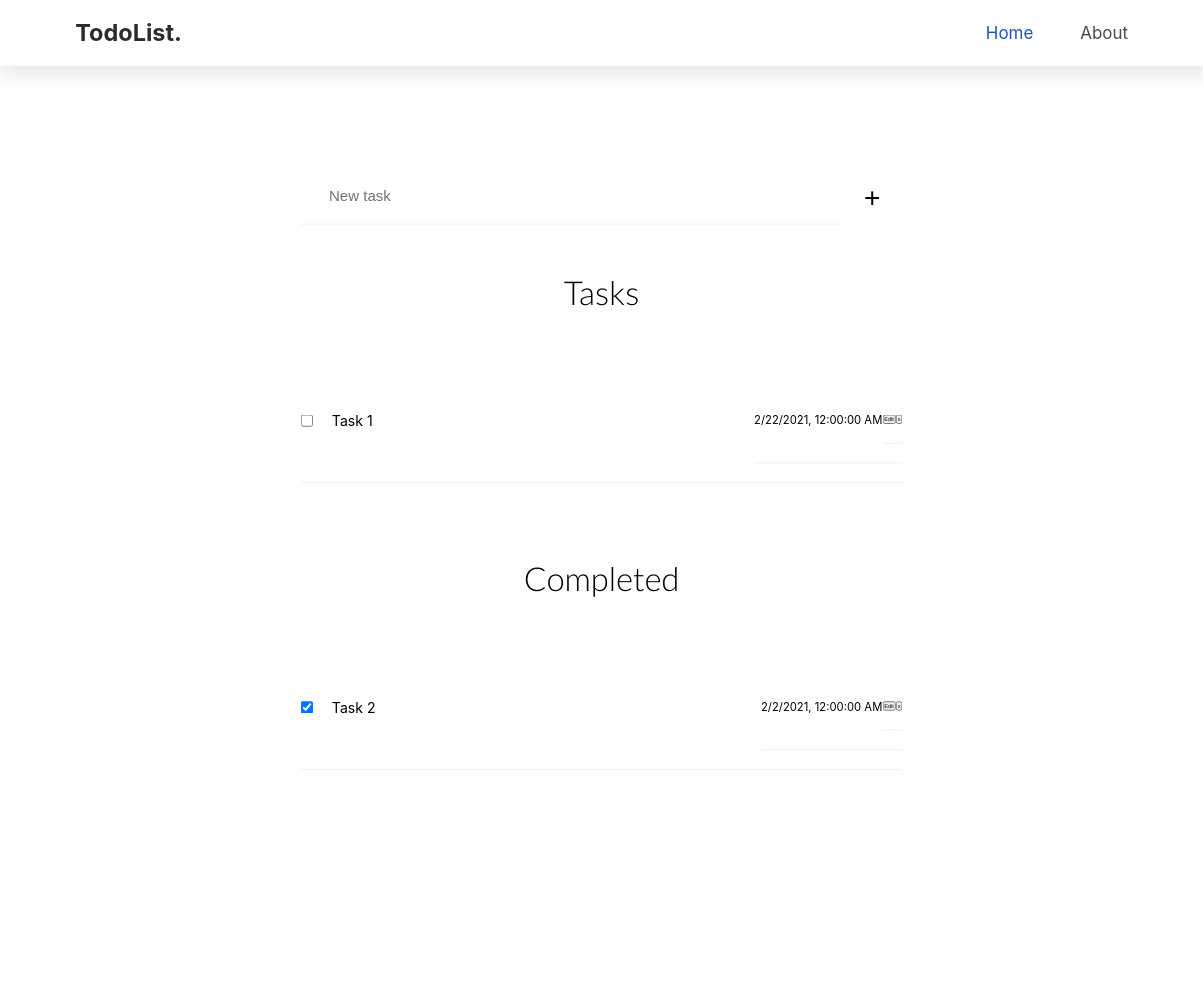
Repository: dqhuy153/react-todoList
Page: /
An editor plug-in stored every save of this project. The page is shown before and after the next save, followed by the edit.
The browser window is 1280 px wide. The pictures show the whole page, at 94% of full size.
The project was rebuilt for these pictures with package versions that can differ from the ones it lists, and the page was loaded fresh each time. Also part of the build but not shown: src/components/UI/LoadingSpinner.module.scss.

Above is the page before, as saved 2021-09-16 22:16:42.

After the next save:
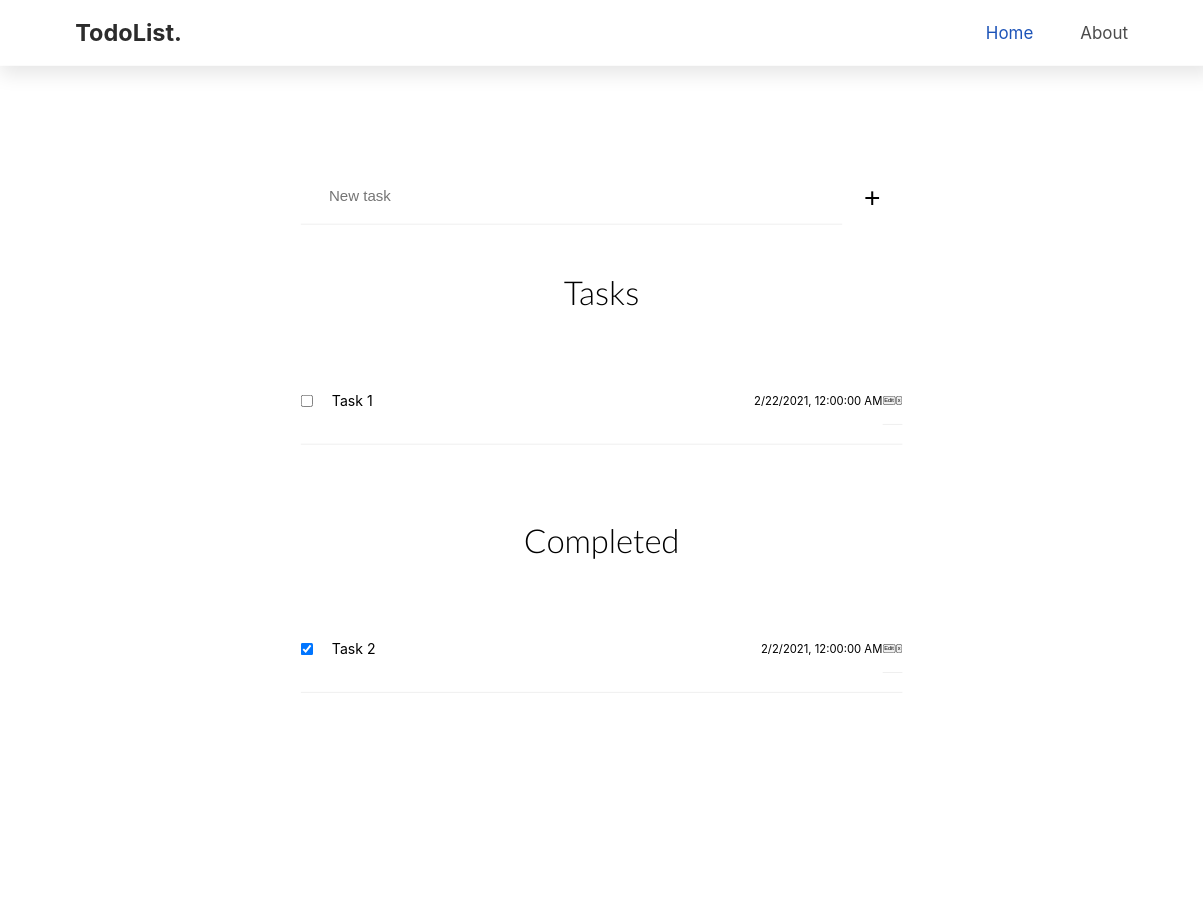
Saved 27 s later.
--- a/src/components/todos/TodoItem.js
+++ b/src/components/todos/TodoItem.js
@@ -18,7 +18,7 @@ export default function TodoItem({
         />
         <p>{title}</p>
       </div>
-      <div className={`${styles.container} ${styles.flex}`}>
+      <div className={`${styles.info} ${styles.flex}`}>
         <p className={styles.date}>{date.toLocaleString()}</p>
         <div className={`${styles.container} ${styles.flex}`}>
           <button>Edit</button>
